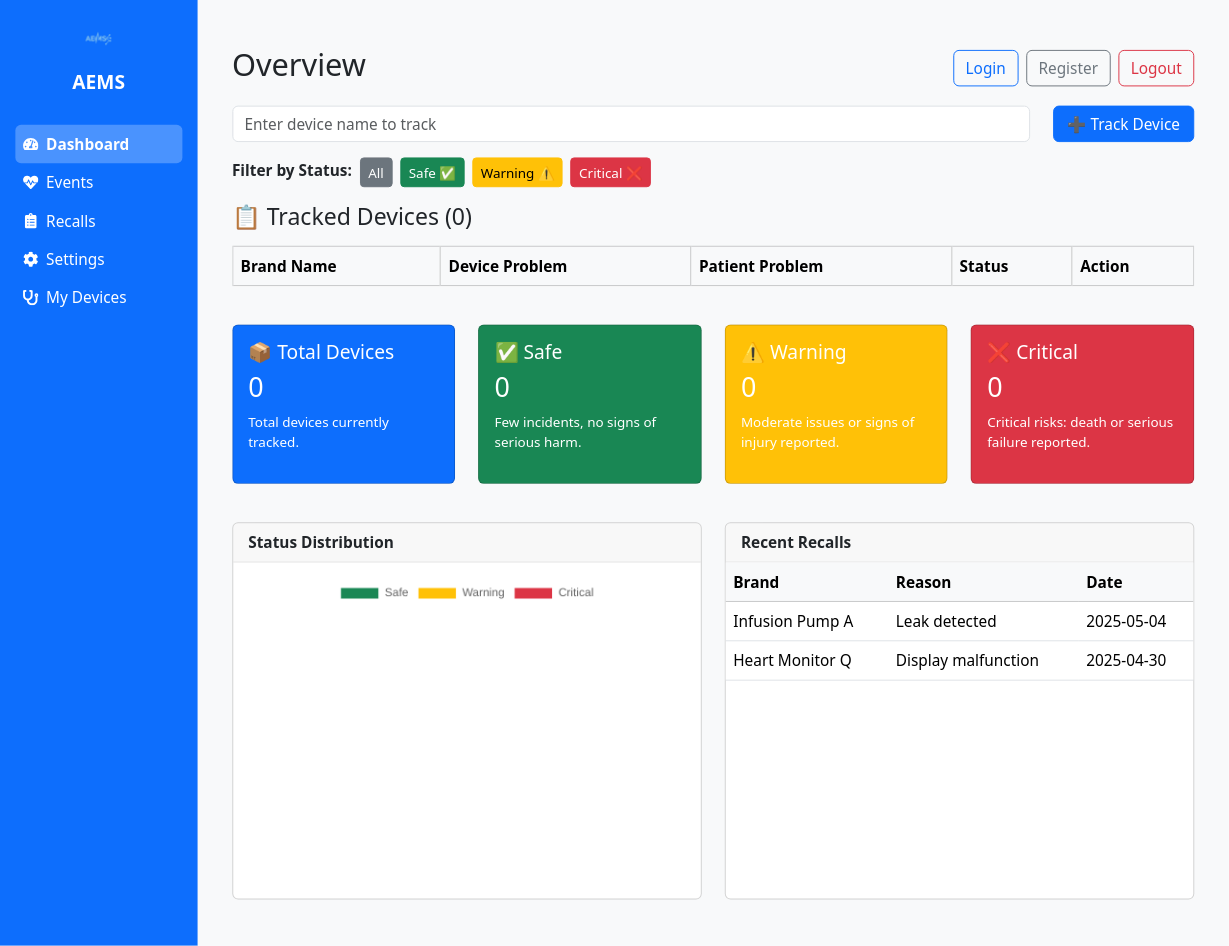
Repository: Sarary2/AEMS_2MVP
Page: / (app in frontend/AEMS/)
An editor plug-in stored every save of this project. The page is shown before and after the next save, followed by the edit.
The browser window is 1280 px wide. The pictures show the whole page, at 96% of full size.
The page's requests for data from a server got no answer. The project was rebuilt for these pictures with package versions that can differ from the ones it lists, and the page was loaded fresh each time. No one was signed in, and anything a server would have sent is missing. Also part of the build but not shown: frontend/AEMS/vite.config.js, frontend/AEMS/src/components/DeviceRow.jsx, frontend/AEMS/src/pages/Events.jsx, frontend/AEMS/src/firebase.js, frontend/AEMS/src/pages/Login.jsx, frontend/AEMS/src/pages/Register.jsx, frontend/AEMS/src/utils/fetchRecalls.js, frontend/AEMS/src/pages/Recalls.jsx and 2 more.

Above is the page before, as saved 2025-05-06 14:31:10.

After the next save:
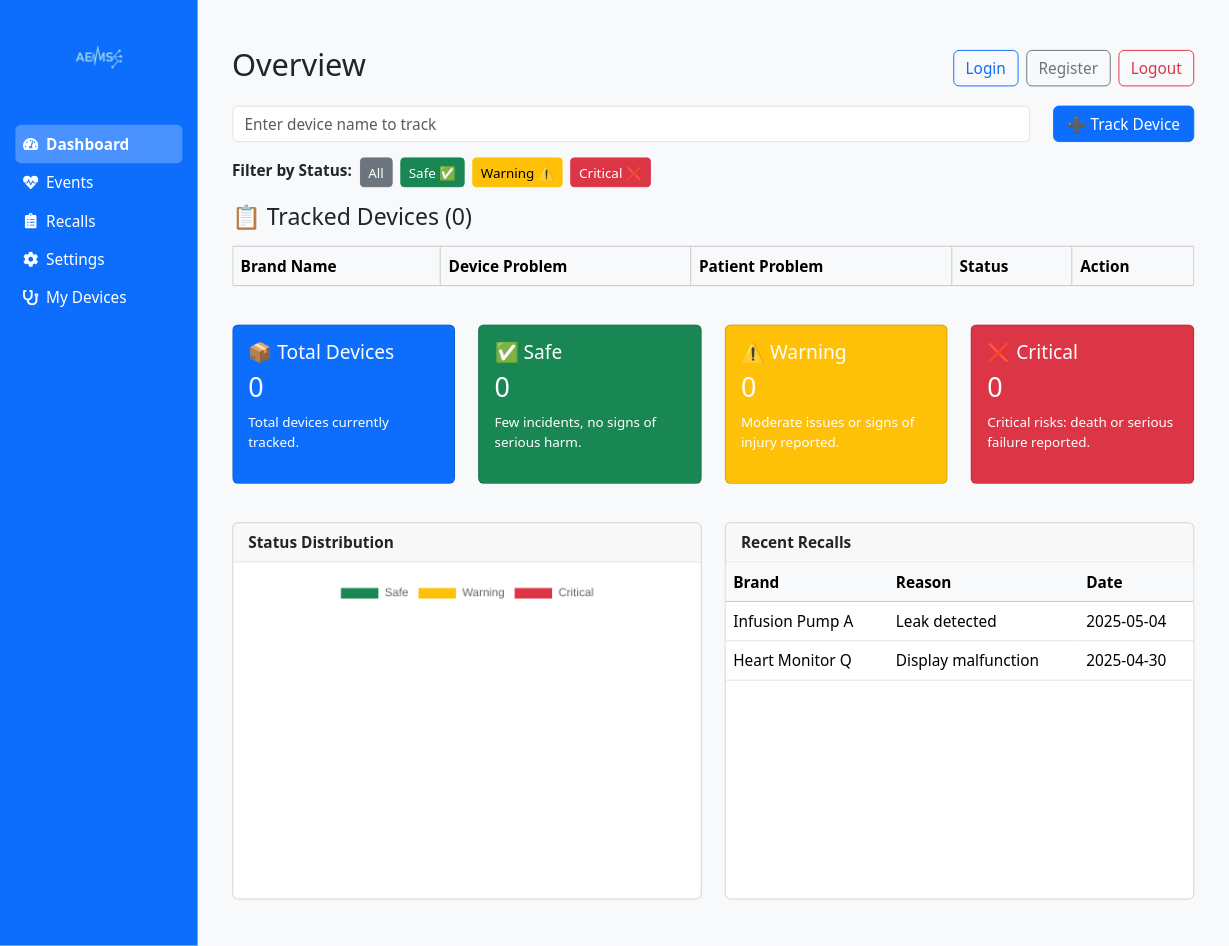
Saved 60 s later.
--- a/frontend/AEMS/src/components/Sidebar.jsx
+++ b/frontend/AEMS/src/components/Sidebar.jsx
@@ -6,8 +6,7 @@ import {
   FaCog,
   FaStethoscope,
 } from 'react-icons/fa';
-import logo from '../assets/logo.png';
-
+import logo from '../assets/logo.png'; // Make sure path is correct
 
 export default function Sidebar() {
   return (
@@ -15,18 +14,17 @@ export default function Sidebar() {
       className="bg-primary text-white d-flex flex-column align-items-start p-3"
       style={{ width: '250px', minHeight: '100vh' }}
     >
-      {/* Logo and Branding */}
+      {/* Logo only */}
       <div className="w-100 text-center mb-4">
         <img
           src={logo}
           alt="AEMS Logo"
           className="img-fluid"
-          style={{ height: '50px', objectFit: 'contain' }}
+          style={{ height: '90px', objectFit: 'contain' }}
         />
-        <h5 className="mt-2 fw-bold">AEMS</h5>
       </div>
 
-      {/* Navigation */}
+      {/* Navigation links */}
       <ul className="nav flex-column w-100">
         <li className="nav-item">
           <NavLink
